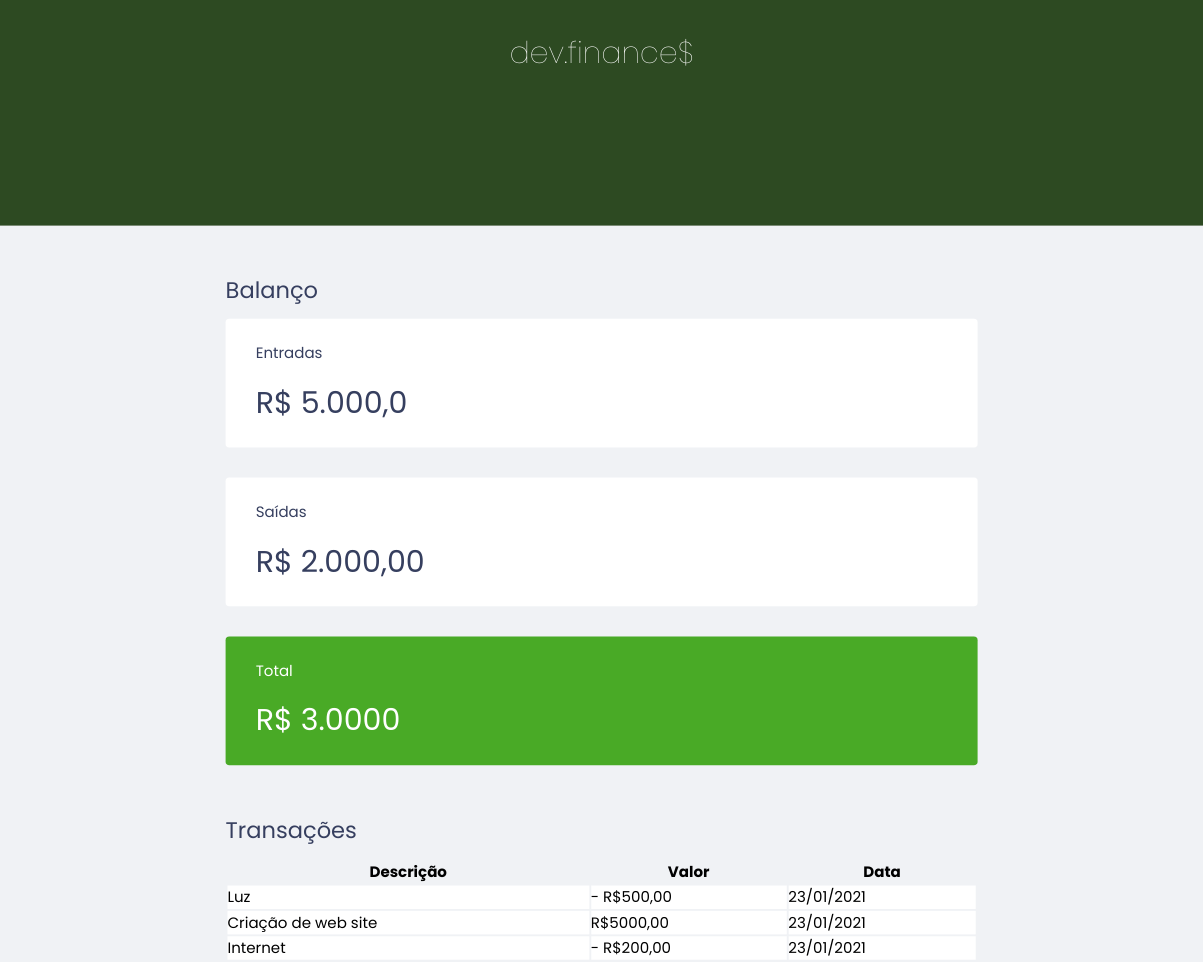
Repository: rafaelmgr12/maratona-dev01
Page: index.html
An editor plug-in stored every save of this project. The page is shown before and after the next save, followed by the edit.
The browser window is 1280 px wide. The pictures show the whole page, at 94% of full size.

Above is the page before, as saved 2021-04-26 20:43:57.

### index.html
<!DOCTYPE html>
<html lang="pt-br">
  <head>
    <meta charset="UTF-8" />
    <meta http-equiv="X-UA-Compatible" content="IE=edge" />
    <meta name="viewport" content="width=device-width, initial-scale=1.0" />
    <title>Rafael-app.finance$</title>
    <link rel="stylesheet" href="style.css">
    <link rel="preconnect" href="https://fonts.gstatic.com">
    <link href="https://fonts.googleapis.com/css2?family=Poppins:ital,wght@0,100;0,400;0,700;1,100;1,400;1,700&display=swap" rel="stylesheet">
  </head>
  <body>
    <header><h1 id = "logo">dev.finance$</h1></header>
    <main class = "container">
      <section id="balance">
        <h2>Balanço</h2>
        <div class = "card">
          <h3>Entradas</h3>
          <p>R$ 5.000,0</p>
        </div>
        <div class = "card">
          <h3>Saídas</h3>
          <p>R$ 2.000,00</p>
        </div>
        <div class="card total">
          <h3>Total</h3>
          <p>R$ 3.0000</p>
        </div>
      </section>
      <section id = "transaction">
        <h2>Transações</h2>
        <table id= "data-table">
          <thead>
            <tr>
              <th>Descrição</th>
              <th>Valor</th>
              <th>Data</th>
            </tr>
          </thead>
          <tbody>
            <tr>
              <td>Luz</td>
              <td>- R$500,00</td>
              <td>23/01/2021</td>
            </tr>
            <tr>
              <td>Criação de web site</td>
              <td>R$5000,00</td>
              <td>23/01/2021</td>
            </tr>
            <tr>
              <td>Internet</td>
              <td>- R$200,00</td>
              <td>23/01/2021</td>
            </tr>
          </tbody>
        </table>
      </section>
    </main>
    <footer></footer>
  </body>
</html>

### style.css
/* Global ======================================== */
:root {
  --dark-blue: #363f5f;
}
* {
  margin: 0;
  padding: 0;
  box-sizing: border-box;
}

body {
  background: #f0f2f5;
  font-family: "Poppins", sans-serif;
}
.container {
  width: min(90vw, 800px);
  margin: auto;
}
/* Titles ======================================== */
h2 {
  margin-top: 3.2rem;
  margin-bottom: 0.8rem;
  color: var(--dark-blue);

  font-weight: normal;
}

/* Header ======================================== */
header {
  background: #2d4a22;
  padding: 2rem 0 10rem;
  text-align: center;
}

#logo {
  color: #fff;
  font-weight: 100;
}

/* Balance ======================================== */
balance {
  margin-top: -8rem;
}

balance h2 {
  color: white;
  margin-top: 0;
}

/* Cards ======================================== */

.card {
  background: white;
  padding: 1.5rem 2rem;
  border-radius: 0.25rem;

  margin-bottom: 2rem;

  color: var(--dark-blue);
}

.card h3 {
  font-weight: normal;
  font-size: 1rem;
}

.card p {
  font-size: 2rem;
  line-height: 3rem;

  margin-top: 1rem;
}

.card.total{
    background: #49aa26;
    color: white;
}
/* Table  ======================================== */
#data-table{
    width: 100%;
}
table td{
    background: white;



}

/* footer ======================================== */
footer {
  text-align: center;
}

After the next save:
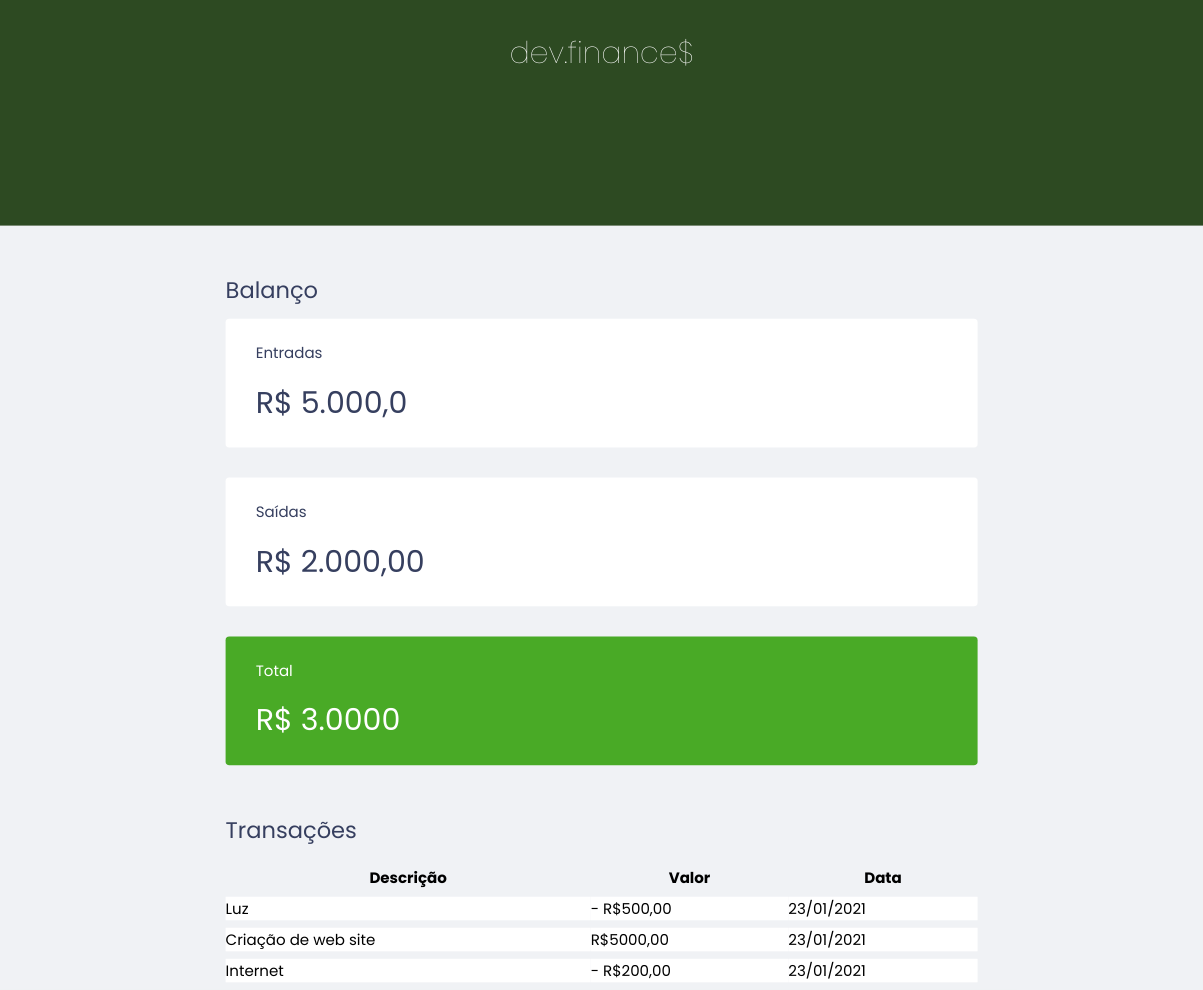
Saved 84 s later.
--- a/style.css
+++ b/style.css
@@ -78,6 +78,7 @@ balance h2 {
 /* Table  ======================================== */
 #data-table{
     width: 100%;
+    border-spacing: 0 0.5rem;
 }
 table td{
     background: white;
